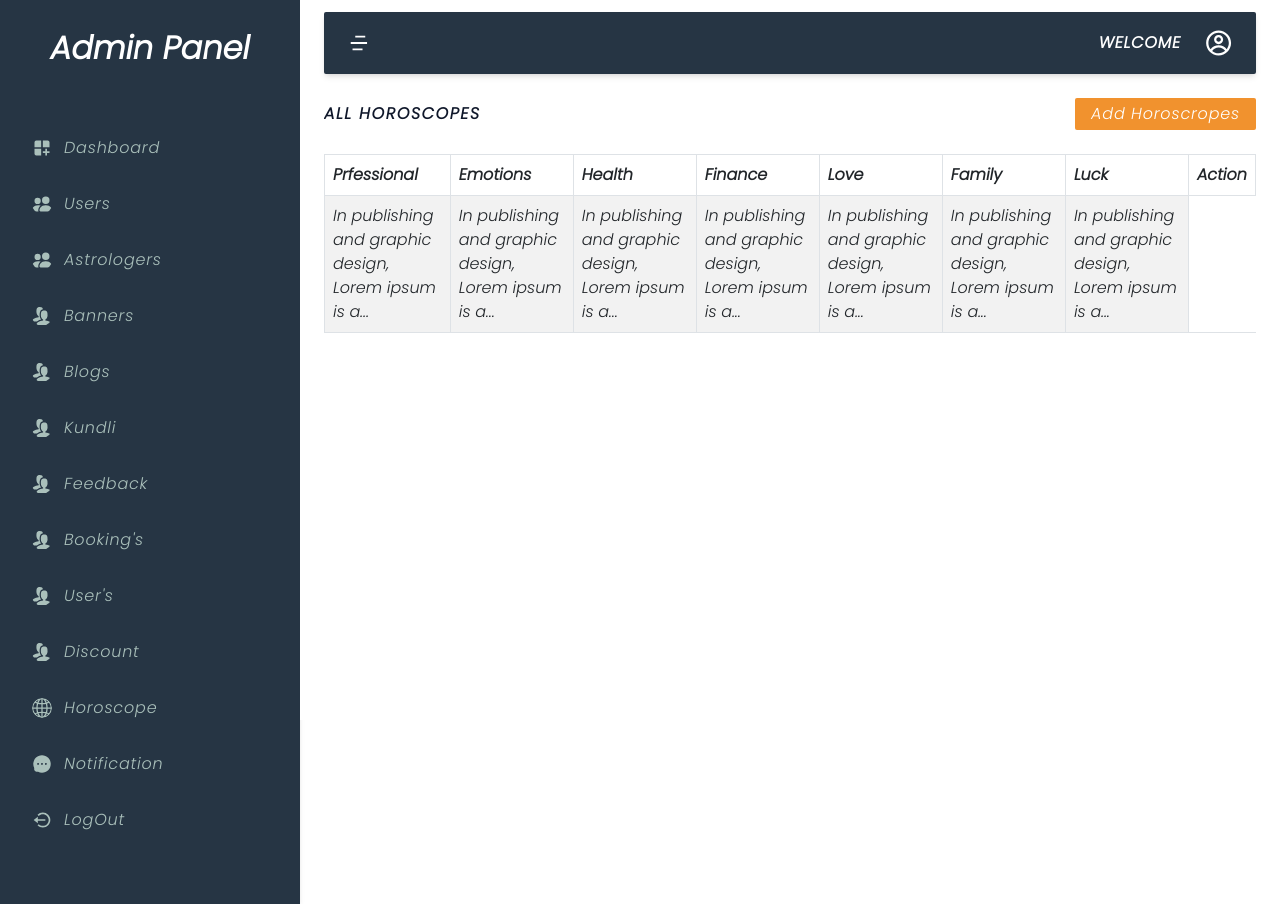
Repository: FlyweisReact/Hariom-Admin-Panel
Page: /horo
An editor plug-in stored every save of this project. The page is shown before and after the next save, followed by the edit.
The browser window is 1280 px wide. The pictures show the whole page.
Some web libraries are served in a nearby version. The project was rebuilt for these pictures with package versions that can differ from the ones it lists, and the page was loaded fresh each time. Also part of the build but not shown: src/vendorPanel/forms/VendorLogin.jsx, src/vendorPanel/pages/AdminDiscount.js, src/vendorPanel/pages/AdminReview.js, src/vendorPanel/pages/Astrologers.js, src/vendorPanel/pages/Banners.js, src/vendorPanel/pages/Booking.js, src/vendorPanel/pages/Kundli.js, src/vendorPanel/pages/Message.js and 6 more.

Above is the page before, as saved 2023-04-15 15:34:35.

### public/index.html
<!-- @format -->

<!DOCTYPE html>
<html lang="en">
  <head>
    <meta charset="utf-8" />
    <meta name="viewport" content="width=device-width, initial-scale=1" />
    <meta name="theme-color" content="#000000" />
    <meta
      name="description"
      content="Web site created using create-react-app"
    />
    <link rel="apple-touch-icon" href="%PUBLIC_URL%/favicon.ico?v=2" />
    <link rel="manifest" href="%PUBLIC_URL%/manifest.json" />
    <link rel="preconnect" href="https://fonts.googleapis.com">
<link rel="preconnect" href="https://fonts.gstatic.com" crossorigin>
<link href="https://fonts.googleapis.com/css2?family=Roboto+Mono:ital,wght@1,300&display=swap" rel="stylesheet">
    <title>HariOm</title>
  </head>
  <body>
    <noscript>You need to enable JavaScript to run this app.</noscript>
    <div id="root"></div>
    <script src="https://code.jquery.com/jquery-3.6.0.min.js"></script>
    <script src="https://kit.fontawesome.com/b533b351e4.js" crossorigin="anonymous"></script>
  </body>
</html>

### src/index.js
import React from "react";
import ReactDOM from "react-dom/client";
import "./index.css";
import App from "./App";
import { BrowserRouter } from "react-router-dom";
import 'bootstrap/dist/css/bootstrap.min.css'

const root = ReactDOM.createRoot(document.getElementById("root"));
root.render(
  <React.StrictMode>
    <BrowserRouter>
      <App />
    </BrowserRouter>
  </React.StrictMode>
);

### src/index.css
/** @format */

@tailwind base;
@tailwind components;
@tailwind utilities;
@import url("https://fonts.googleapis.com/css2?family=Roboto+Mono:ital,wght@1,300&display=swap");
@font-face {
  font-family: Roboto;
  src: url('./Fonts/Poppins-LightItalic.ttf');
}
body {
  margin: 0;
  font-family:Roboto !important;
  -webkit-font-smoothing: antialiased;
  -moz-osx-font-smoothing: grayscale;
}



code {
  font-family:Roboto !important;
}

html {
  font-family:Roboto !important;
}

::-webkit-scrollbar {
  width: 10px;
}
.fa-trash {
  color: red;
  cursor: pointer;
}

/* Track */
::-webkit-scrollbar-track {
  background: #f1f1f1;
}

/* Handle */
::-webkit-scrollbar-thumb {
  background: #888;
}

/* Handle on hover */
::-webkit-scrollbar-thumb:hover {
  background: #555;
}
.profileImage{
  width: 100px;
}
.fa-eye{
  color: #029aff;
  cursor: pointer;
}

.View{
  border:  1px solid black;
  width: 100%;
  padding: 10px;

}

.main-card--container {
  display: grid;
  grid-template-columns: repeat(3, minmax(300px, 500px));
  grid-gap: 50px;
  justify-content: space-around;
}
.card-container {
  margin: 25px 0 auto;
  box-shadow: rgba(0, 0, 0, 0.35) 0px 5px 15px;
  position: relative;
  display: grid;
  grid-template-columns: 1fr;
  justify-content: space-around;
  align-items: flex-start;
}

.myEdit:focus {
  box-shadow: rgba(0, 0, 0, 0.35) 0px 5px 15px;
}

### src/App.js
/** @format */

import { Routes, Route } from "react-router-dom";
import { ToastContainer } from "react-toastify";
import "react-toastify/dist/ReactToastify.css";
import VendorLogin from './vendorPanel/forms/VendorLogin'
import AdminDiscount from "./vendorPanel/pages/AdminDiscount";
import AdminReview from "./vendorPanel/pages/AdminReview";
import Astrologers from "./vendorPanel/pages/Astrologers";
import Banners from "./vendorPanel/pages/Banners";
import Booking from "./vendorPanel/pages/Booking";
import Horoscope from "./vendorPanel/pages/Horoscope";
import Kundli from "./vendorPanel/pages/Kundli";
import Message from "./vendorPanel/pages/Message";
import UploadDocs from "./vendorPanel/pages/UploadDocs";
import Users from "./vendorPanel/pages/Users";
import VendorDashboard from './vendorPanel/pages/VendorDashboard.jsx'
import AdminUsers from './vendorPanel/pages/AdminUsers'
import AdminBlogs from './vendorPanel/pages/AdminBlogs'
import AdminCategory from './vendorPanel/pages/AdminCategory'
// import AdminUsers from './vendorPanel/pages/AdminUsers'

function App() {
  return (
    <>
      <ToastContainer />

      <Routes>
        <Route path="/" element={<VendorLogin />} />
        <Route path="/vendorDashboard" element={<VendorDashboard />} />
        <Route path="/astro" element={<Astrologers />} />
        <Route path="/kundli" element={<Kundli />} />
        <Route path="/horo" element={<Horoscope />} />
        <Route path="/adminReviews" element={<AdminReview />} />
        <Route path="/uploadDocs" element={<UploadDocs />} />
        <Route path="/Banners" element={<Banners />} />
        <Route path="/AdminDiscount" element={<AdminDiscount />} />
        <Route path="/msg" element={<Message />} />
        <Route path="/book" element={<Booking />} />
        <Route path="/users" element={<Users />} />
        <Route path="/admin/users" element={<AdminUsers />} />
        <Route path='/admin/blogs' element={<AdminBlogs />} />
        <Route path="/admin/category" element={<AdminCategory />} />
      </Routes>
    </>
  );
}

export default App;

### src/vendorPanel/pages/Horoscope.js
/** @format */

import React from "react";
import HOC from "../layout/HOC";
import { Container, Table, Modal, Form, Button } from "react-bootstrap";

const Horoscope = () => {
  const [modalShow, setModalShow] = React.useState(false);

  function MyVerticallyCenteredModal(props) {

    return (
      <Modal
        {...props}
        size="lg"
        aria-labelledby="contained-modal-title-vcenter"
        centered
      >
        <Modal.Header closeButton>
          <Modal.Title id="contained-modal-title-vcenter">
            </Modal.Title>
        </Modal.Header>
        <Modal.Body>
          <Form>

            <Button variant="outline-success" type="submit">
              Submit
            </Button>
          </Form>
        </Modal.Body>
      </Modal>
    );
  }

  const Lorem = "In publishing and graphic design, Lorem ipsum is a placeholder text commonly used to demonstrate the visual form of a document or a typeface without relying on meaningful content. Lorem ipsum may be used as a placeholder before final copy is available  "

  return (
    <>
      <MyVerticallyCenteredModal
        show={modalShow}
        onHide={() => setModalShow(false)}
      />

      <section>
        <div className="pb-4 sticky top-0  w-full flex justify-between items-center bg-white">
          <span className="tracking-widest text-slate-900 font-semibold uppercase ">
            ALl Horoscopes
          </span>
          <button
            onClick={() => {
              setModalShow(true);
            }}
            className="md:py-2 px-3 md:px-4 py-1 rounded-sm bg-[rgb(241,146,46)] text-white tracking-wider"
          >
            Add Horoscropes
          </button>
        </div>


          <Table  striped bordered hover>
            <thead>
              <tr>
                <th>Prfessional</th>
                <th>Emotions</th>
                <th>Health</th>
                <th>Finance</th>
                <th>Love</th>
                <th>Family</th>
                <th>Luck</th>

                <th>Action</th>
              </tr>
            </thead>
            <tbody>
             <tr>
              <td> {Lorem.substring(0 ,50) + '...'} </td>
              <td> {Lorem.substring(0 ,50) + '...'} </td>
              <td> {Lorem.substring(0 ,50) + '...'} </td>
              <td> {Lorem.substring(0 ,50) + '...'} </td>
              <td> {Lorem.substring(0 ,50) + '...'} </td>
              <td> {Lorem.substring(0 ,50) + '...'} </td>
              <td> {Lorem.substring(0 ,50) + '...'} </td>
             </tr>
            </tbody>
          </Table>
      </section>
    </>
  );
};

export default HOC(Horoscope);

### src/vendorPanel/layout/HOC.jsx
import React, { useState } from "react";
import Navbar from "./Navbar";
import Sidebar from "./Sidebar";

const HOC = (Wcomponenet) => {
  return function Component() {
    const [hamb, setHamb] = useState(false);
    return (
      <>
        <section className="flex overflow-x-hidden relative">
          {/* Sidebar */}
          <div
            className={
              hamb
                ? " absolute top-0 z-30 md:w-auto shadow-md bg-slate-200  w-60 transition-all md:-left-full left duration-150  h-auto overflow-y-auto  left-0 "
                : " md:w-72 z-30 bg-slate-200  shadow-md  md:static absolute top-0 -left-full   transition-all duration-150  overflow-y-auto h-auto"
            }
            style={{minWidth : '300px'}}
          >
            <Sidebar hamb={hamb} setHamb={setHamb} />
          </div>
          {/* Components & Navbar */}
          <div
            className={
              hamb
                ? " transition-all px-4 py-2  bg-white duration-150 w-full h-screen"
                : " w-full h-screen  px-4 py-2  bg-white z-50 transition-all duration-150 "
            }
          >
            <Navbar hamb={hamb} setHamb={setHamb} />
            <div className="my-6 text-#000 h-[87%] wcomp overflow-y-auto">
              <Wcomponenet />
            </div>
          </div>
        </section>
      </>
    );
  };
};

export default HOC;

### src/vendorPanel/layout/Navbar.jsx
/** @format */

import { RiMenu4Line } from "react-icons/ri";
import { CgProfile } from "react-icons/cg";
import Form from "react-bootstrap/Form";
import { useState } from "react";
import Button from "react-bootstrap/Button";
import Modal from "react-bootstrap/Modal";
import Container from "react-bootstrap/Container";

function MyVerticallyCenteredModal(props) {
  return (
    <Modal
      {...props}
      size="lg"
      aria-labelledby="contained-modal-title-vcenter"
      centered
    >
      <Modal.Header closeButton>
        <Modal.Title id="contained-modal-title-vcenter">
          Edit Profile
        </Modal.Title>
      </Modal.Header>
      <Modal.Body>
        <Container style={{ width: "600px" }}>
          <Form>
            <Form.Group className="mb-3" controlId="formBasicEmail">
              <Form.Label>Name</Form.Label>
              <Form.Control type="text" placeholder="Admin" />
            </Form.Group>
            <Form.Group className="mb-3" controlId="formBasicPassword">
              <Form.Label>Email Address</Form.Label>
              <Form.Control type="email" placeholder="admin@gmail.com" />
            </Form.Group>
            <Form.Group className="mb-3" controlId="formBasicPassword">
              <Form.Label>Password</Form.Label>
              <Form.Control type="password" placeholder="Password" />
            </Form.Group>
            <Button variant="outline-success" type="submit">
              Edit
            </Button>
          </Form>
        </Container>
      </Modal.Body>
    </Modal>
  );
}

const Navbar = ({ hamb, setHamb }) => {
  const [modalShow, setModalShow] = useState(false);

  return (
    <>
      <MyVerticallyCenteredModal
        show={modalShow}
        onHide={() => setModalShow(false)}
      />

      <div
        className={
          hamb
            ? "flex  w-full justify-between  my-1 rounded-sm  p-4 py-3 shadow-md items-center  bg-slate-200 space-x-4"
            : "flex  w-full justify-between my-1 rounded-sm  p-4 py-3 shadow-md items-center  bg-slate-200 space-x-4"
        }
        style={{backgroundColor : '#263544'}}
      >
        <RiMenu4Line
          onClick={() => setHamb(!hamb)}
          className="text-2xl font-bold text-gray-900 hover:scale-90 cursor-pointer"
          style={{color : '#fff'}}
        />

        <section className="flex sm:ml-auto justify-end sm:w-full items-center space-x-2  pr-2">
          <figcaption className="tracking-wider pl-1 font-semibold">
            <div className="lg:text-base text-sm text-gray-900  uppercase"    style={{color : '#fff'}}>
              Welcome
            </div>
          </figcaption>
        </section>

        <CgProfile
          onClick={() => setModalShow(true)}
          className="text-2xl sm:text-3xl font-bold text-[rgb(241,146,46)] cursor-pointer"
          style={{color : '#fff'}}
        />
      </div>
    </>
  );
};

export default Navbar;

### src/vendorPanel/layout/Sidebar.jsx
/** @format */

import React from "react";
import { RiCloseLine } from "react-icons/ri";
import { Link, useNavigate } from "react-router-dom";
import { BsFillPeopleFill } from "react-icons/bs";
import { ImUsers } from "react-icons/im";
import { BiLogOutCircle } from "react-icons/bi";
import { MdDashboardCustomize } from "react-icons/md";
import { BsGlobe2 } from "react-icons/bs";
import { AiFillMessage } from "react-icons/ai";

const Sidebar = ({ hamb, setHamb }) => {
  const navigate = useNavigate();

  const nav = [
    {
      icon: <MdDashboardCustomize className="text-xl mr-3 rounded-full " />,
      link: "/vendorDashboard",
      name: "Dashboard",
    },
    {
      icon: <BsFillPeopleFill className="text-xl mr-3 rounded-full " />,
      link: "/admin/users",
      name: "Users",
    },
    {
      icon: <BsFillPeopleFill className="text-xl mr-3 rounded-full " />,
      link: "/astro",
      name: "Astrologers",
    },
    {
      icon: <ImUsers className="text-xl mr-3 rounded-full " />,
      link: "/Banners",
      name: "Banners",
    },
    {
      icon: <ImUsers className="text-xl mr-3 rounded-full " />,
      link: "/admin/blogs",
      name: "Blogs",
    },
    {
      icon: <ImUsers className="text-xl mr-3 rounded-full " />,
      link: "/kundli",
      name: "Kundli",
    },
    {
      icon: <ImUsers className="text-xl mr-3 rounded-full " />,
      link: "/adminReviews",
      name: "Feedback",
    },
    {
      icon: <ImUsers className="text-xl mr-3 rounded-full " />,
      link: "/book",
      name: "Booking's",
    },
    {
      icon: <ImUsers className="text-xl mr-3 rounded-full " />,
      link: "/users",
      name: "User's",
    },

    {
      icon: <ImUsers className="text-xl mr-3 rounded-full " />,
      link: "/AdminDiscount",
      name: "Discount",
    },
    {
      icon: <BsGlobe2 className="text-xl mr-3 rounded-full " />,
      link: "/horo",
      name: "Horoscope",
    },
    {
      icon: <AiFillMessage className="text-xl mr-3 rounded-full " />,
      link: "/msg",
      name: "Notification",
    },
  ];

  const logOut = () => {
    localStorage.removeItem("AdminToken");
    navigate("/");
  };

  return (
    <>
      <aside
        className="p-4 h-auto"
        style={{ backgroundColor: "#263544", minHeight: "100vh" }}
      >
        {/* Top */}
        <div className="w-full md:hidden relative  p-2 mb-4">
          <RiCloseLine
            onClick={() => setHamb(!hamb)}
            className="text-3xl  absolute top-2 sm:hover:rotate-[228deg] transition-transform font-bold right-2 sm:hover:text-[22px] text-[rgb(241,146,46)] cursor-pointer"
          />
        </div>{" "}
        <figure className="flex  flex-col items-center">
          <span className="font-bold text-[#fff]" style={{ fontSize: "2rem" }}>
            Admin Panel
          </span>
        </figure>
        <nav className="py-6">
          {nav.map((nav) => {
            return (
              <Link
                to={nav.link}
                key={nav.name}
                className=""
                style={{ textDecoration: "none" }}
              >
                <span
                  className="flex my-3 items-center cursor-pointer text-gray-900    tracking-wider p-2 rounded-sm"
                  style={{ color: "#aac0bb" }}
                >
                  {nav.icon} {nav.name}
                </span>
              </Link>
            );
          })}
          <span
            className="flex my-3 items-center cursor-pointer text-gray-900    tracking-wider p-2 rounded-sm"
            onClick={() => logOut()}
            style={{ color: "#aac0bb" }}
          >
            <BiLogOutCircle className="text-xl mr-3 rounded-full " /> LogOut
          </span>
        </nav>
      </aside>
    </>
  );
};

export default Sidebar;

Loaded but not shown: tailwind.config.js (common file)

After the next save:
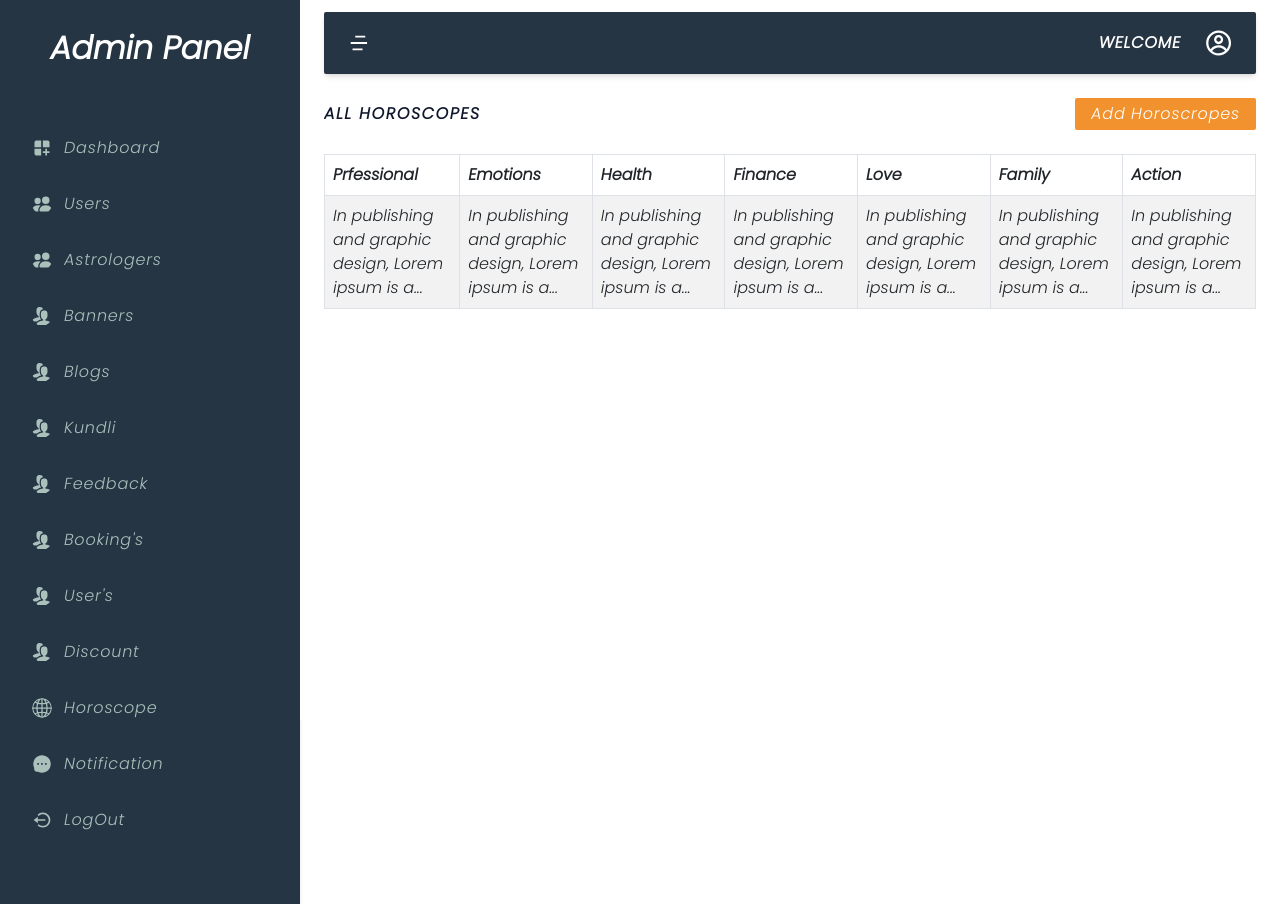
Saved 4 s later.
--- a/src/vendorPanel/pages/Horoscope.js
+++ b/src/vendorPanel/pages/Horoscope.js
@@ -66,8 +66,6 @@ const Horoscope = () => {
                 <th>Finance</th>
                 <th>Love</th>
                 <th>Family</th>
-                <th>Luck</th>
-
                 <th>Action</th>
               </tr>
             </thead>
